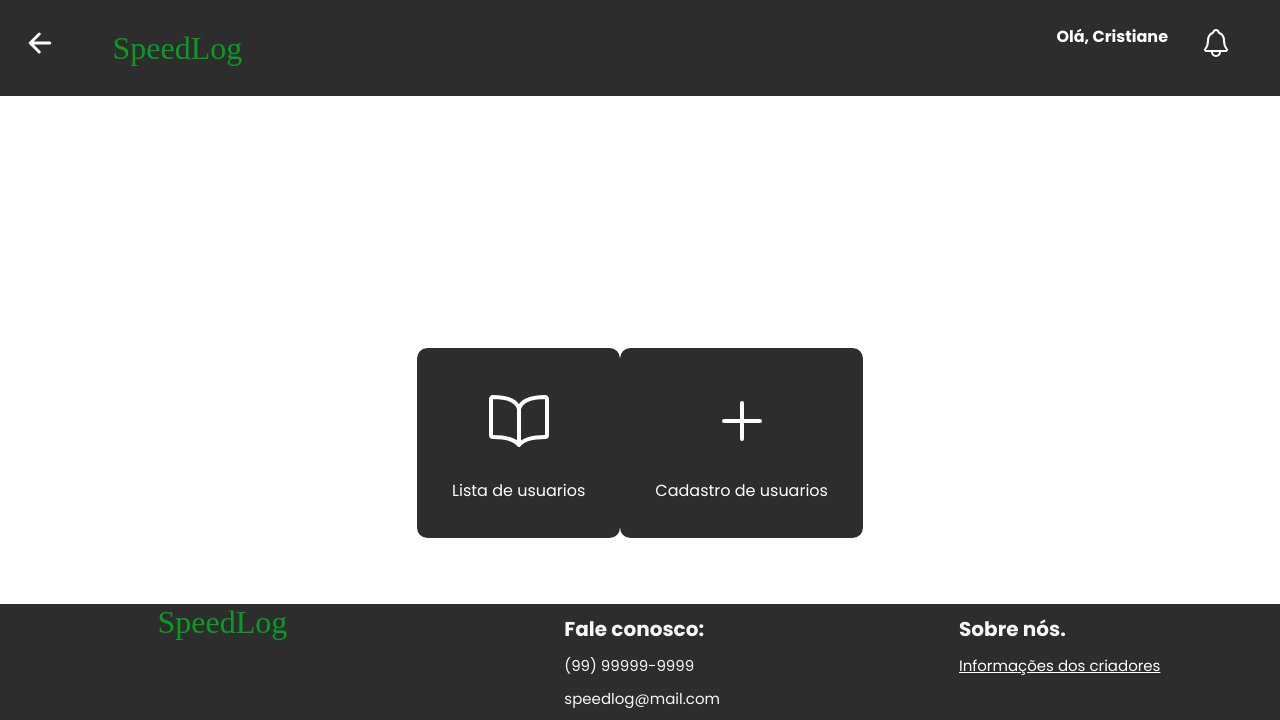
Repository: crisholiveira/speedlog
Page: http://localhost/usuarios
These files come from the project's save history. The page is drawn as it stood at one moment and after the next save; the edit follows.
The browser window is 1280 px wide. The pictures show the whole page.
Some web fonts or font styles are not loaded; a fallback is used. The page is served by the project's Node server (app.js). Other server files are loaded and not shown.

Above is the page before, as saved 2022-01-29 13:55:08.

### views/usuarios.ejs
<%- include('./partials/header.ejs') %>

<link rel="stylesheet" href="/stylesheets/usuarios.css">
<body>

    <section>

        <div id="grandeCaixa">

            <div class="caixinha">
                <a href="#">
                    <ion-icon name="book-outline"></ion-icon>
                </a>
                <p>Lista de usuarios</p>
            </div>

            <div class="caixinha">
                <a href="#">
                    <ion-icon name="add-outline"></ion-icon>
                </a>
                <p>Cadastro de usuarios</p>
            </div>

        </div>

        <script type="module" src="https://unpkg.com/ionicons@5.5.2/dist/ionicons/ionicons.esm.js"></script>
    </section>


</body>

<%- include('./partials/footer.ejs') %>

### views/partials/header.ejs
<!DOCTYPE html>
<html lang="en">

<head>
    <meta charset="UTF-8">
    <meta http-equiv="X-UA-Compatible" content="IE=edge">
    <meta name="viewport" content="width=device-width, initial-scale=1.0">
    <link rel="stylesheet" href="/stylesheets/header.css">
    <title>SpeedLog</title>
</head>
<header>
    <div id="menu-header">
        <div class="header-container">
            <span class="icone-voltar"><a href="/home"><ion-icon name="arrow-back-outline"></ion-icon></a>

            </span>
            <span class="logo">SpeedLog</span>
            <span class="icone-notificacao">
                <ion-icon name="notifications-outline"></ion-icon>
            </span>
            <span class="bem-vindo">
                <h4>Olá, Cristiane</h4>
            </span>
        </div>
    </div>
</header>
<script type="module" src="https://unpkg.com/ionicons@5.5.2/dist/ionicons/ionicons.esm.js"></script>
<script nomodule src="https://unpkg.com/ionicons@5.5.2/dist/ionicons/ionicons.js"></script>

### views/partials/footer.ejs
<!DOCTYPE html>
<html lang="en">
<head>
    <meta charset="UTF-8">
    <meta http-equiv="X-UA-Compatible" content="IE=edge">
    <meta name="viewport" content="width=device-width, initial-scale=1.0">
    <title>Document</title>
    <link rel="stylesheet" href="/stylesheets/footer.css">
</head>

<footer>

    <div class="footer">

        <div class="caixa1">
            <span class="logo"> SpeedLog </span>
        </div>

        <div class="caixa2">

            <ul>
            <li class="titulo"><b>Fale conosco:</b> </li>
            <li >(99) 99999-9999</li>
            <li>speedlog@mail.com</li>
            </ul>

        </div>

        <div class='caixa3'>
            <ul>
                <li class="titulo"><b>Sobre nós.</b></li>
                <li><a href="#" style="color: white">Informações dos criadores</a></li>
            </ul>
        </div>


    </div>

</footer>

### app.js
var createError = require('http-errors');
var express = require('express');
var path = require('path');
var cookieParser = require('cookie-parser');
var logger = require('morgan');

var indexRouter = require('./routes/index');
var usersRouter = require('./routes/users');
var homeRouter = require('./routes/home');
var perfilRouter = require('./routes/perfil');
var requisicoesRouter = require('./routes/requisicoes');
var estoqueRouter = require('./routes/estoque');
var usuariosRouter = require('./routes/usuarios');
var produtosRouter = require('./routes/produtos');
var cadUsuarioRouter = require('./routes/cadUsuario');



var app = express();

// view engine setup
app.set('views', path.join(__dirname, 'views'));
app.set('view engine', 'ejs');

app.use(logger('dev'));
app.use(express.json());
app.use(express.urlencoded({ extended: false }));
app.use(cookieParser());
app.use(express.static(path.join(__dirname, 'public')));

app.use('/', indexRouter);
app.use('/users', usersRouter);
app.use('/home', homeRouter);
app.use('/perfil', perfilRouter);
app.use('/requisicoes', requisicoesRouter);
app.use('/estoque', estoqueRouter);
app.use('/usuarios', usuariosRouter);
app.use('/produtos', produtosRouter);
app.use('/cadastroDeUsuario', cadUsuarioRouter);


// catch 404 and forward to error handler
app.use(function(req, res, next) {
  next(createError(404));
});

// error handler
app.use(function(err, req, res, next) {
  // set locals, only providing error in development
  res.locals.message = err.message;
  res.locals.error = req.app.get('env') === 'development' ? err : {};

  // render the error page
  res.status(err.status || 500);
  res.render('error');
});

module.exports = app;

### controllers/usuariosController.js
const usuariosController = {
    index: (req, res) => {

        res.render('usuarios')
    }
}
module.exports = usuariosController

### public/stylesheets/header.css
@import url('https://fonts.googleapis.com/css2?family=Poppins:wght@100;200;300;400;500;600;700&display=swap');
@import url('https://fonts.googleapis.com/css2?family=Patrick+Hand&display=swap');

*{
    padding: 0;
    margin: 0;
    box-sizing: border-box;
    border: none;
    font-family: 'Poppins'
}

header {
    min-height: 10vh;
    background-color:#2d2d2d;

}

.header-container a {
    color: white;
}



.header-container {
    padding: 1.5rem;

}

.logo {
    color:#099c22;
    font-family: 'Patrick Hand', cursive;
    font-size: 2rem;
    padding: 3rem;

}


.icone-voltar {
    font-size: 2rem;
    color: white;



}

.icone-notificacao {
    font-size: 2rem;
    color: white;
    float: right;
    padding-right: 1.5rem;

}

.bem-vindo {
    color: white;
    float: right;

}
.bem-vindo h4 {
    padding-right: 2rem;
}
@media (max-width: 768px){
    .logo{
        display: none;
    }
}

### public/stylesheets/usuarios.css
@import url('https://fonts.googleapis.com/css2?family=Poppins:wght@100;200;300;400;500;600;700&display=swap');

*{
    padding: 0;
    margin: 0;
    box-sizing: border-box;
    border: none;
    font-family: 'Poppins';

}

.caixinha{
        background-color:#2d2d2d;
        min-height: 20vh;
        min-width: 25vh;
        margin-top: 5vh;
        padding: 35px;
        border-radius: 10.5px;
        text-align: center;

}

p, a {
    color: white;

}

#grandeCaixa{
    display: flex;
    justify-content: center;
    margin-top: 30vh;
}

.caixinha a{
        font-size: 4rem;
}

### public/stylesheets/footer.css
*{
    padding: 0;
    margin: 0;
    box-sizing: border-box;
    border: none;
    font-family: 'Poppins'
}

footer{
    min-height: 10vh;
    background-color:#2d2d2d;
    color: rgb(248, 248, 248);
    bottom: 0;
    left: 0;
    position: fixed;
    width: 100%;
}

.logo{
    color:#099c22;
    font-family: 'Patrick Hand', cursive;
    font-size: 2rem;
    text-align: center;
}

ul{

    list-style: none;


}

li{
    margin: 10px;
    font-size: 15px;

}

.footer{
    display: flex;
    justify-content: space-around;


}

.titulo{
    font-size: 20px;
}

After the next save:
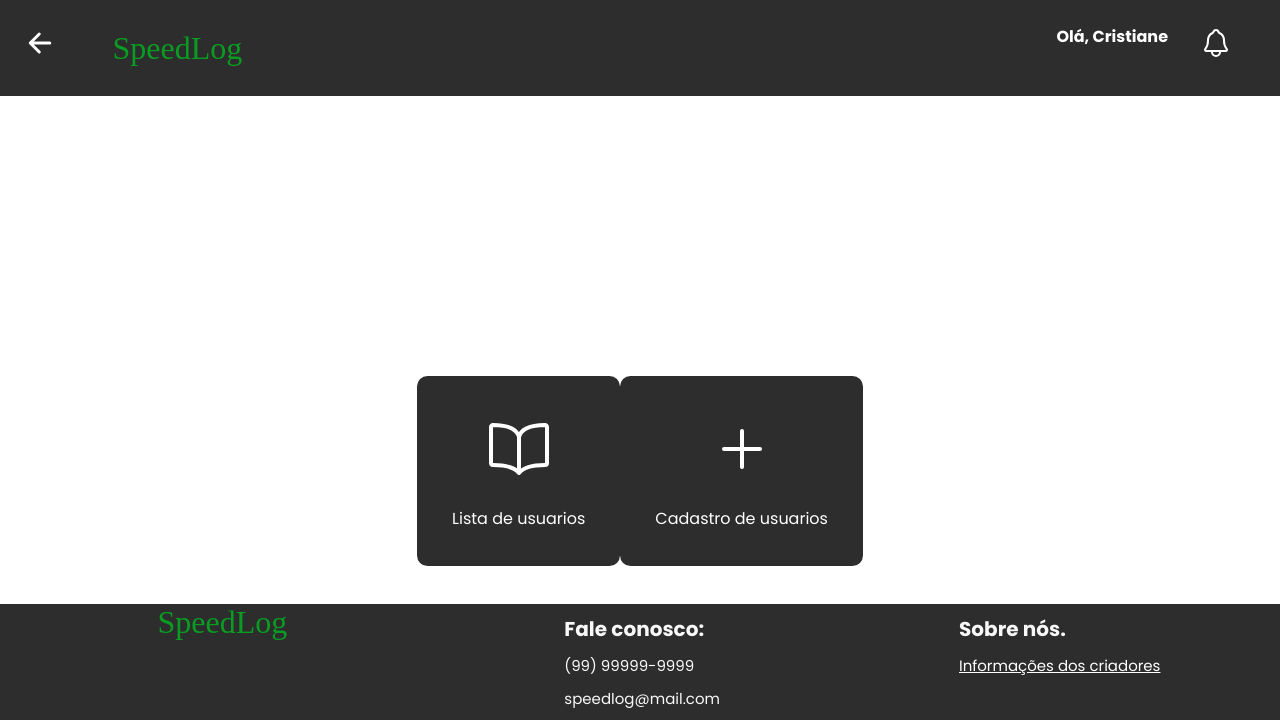
Saved 18 s later.
--- a/public/stylesheets/usuarios.css
+++ b/public/stylesheets/usuarios.css
@@ -13,7 +13,7 @@
         background-color:#2d2d2d;
         min-height: 20vh;
         min-width: 25vh;
-        margin-top: 5vh;
+        margin-top: 5%;
         padding: 35px;
         border-radius: 10.5px;
         text-align: center;
